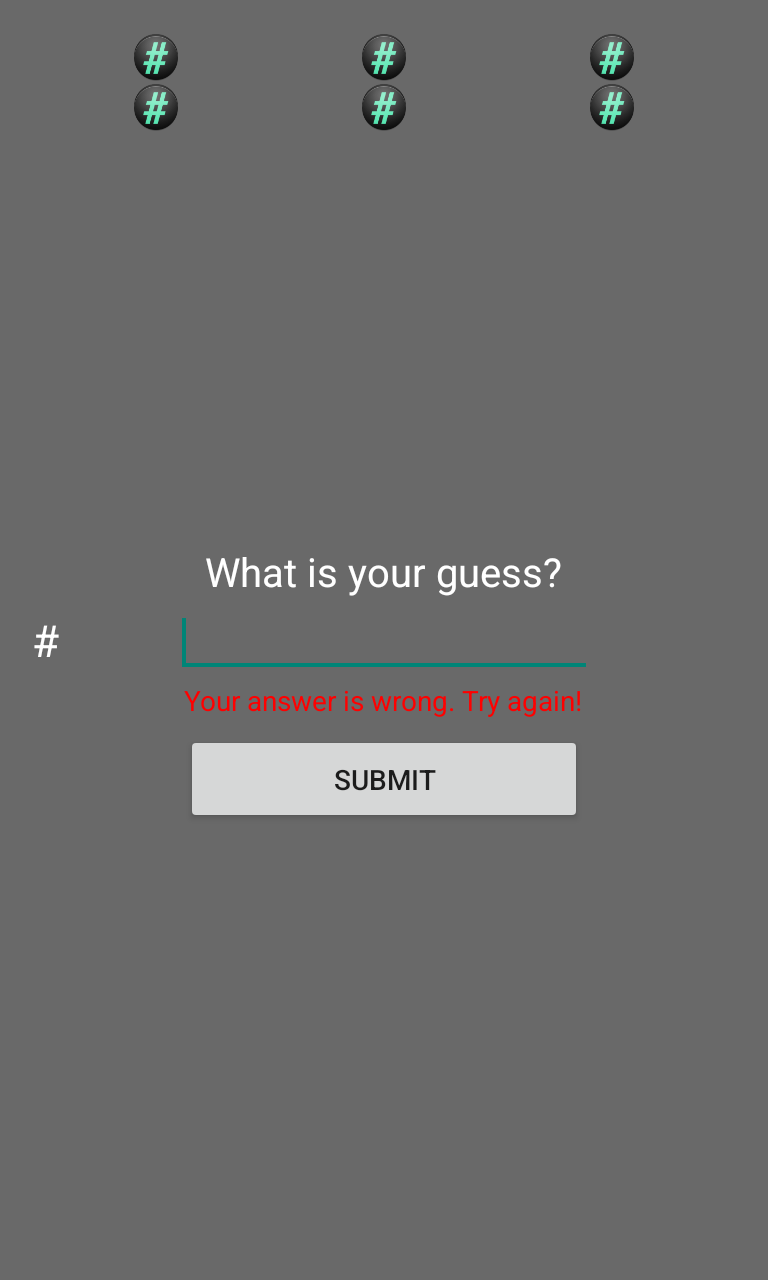
Repository: Hannanina/GuessTag
Layout: GuessTag/res/layout/activity_guess_tag.xml
The author's editor kept a copy of each file at every save. The layout is drawn from the files as they stood at one save, then again after the next save.
It is drawn on a 768 x 1280 px phone screen (xhdpi) without system bars, with theme AppTheme; the app's code is not run.

Above is the layout before, as saved 2014-12-17 10:33:09.

After the next save:
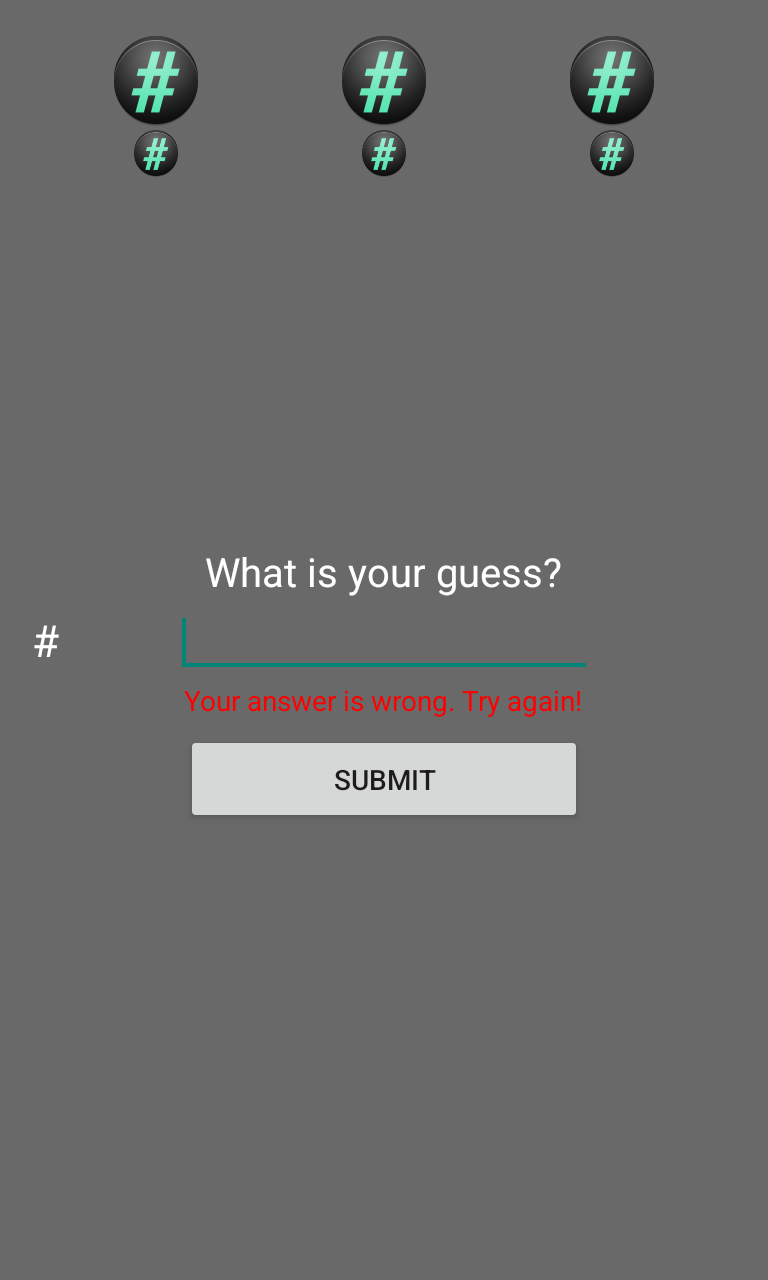
Saved 42 s later.
--- a/GuessTag/res/layout/activity_guess_tag.xml
+++ b/GuessTag/res/layout/activity_guess_tag.xml
@@ -13,7 +13,7 @@
    <LinearLayout
        android:id="@+id/top_image_container"
        android:layout_width="fill_parent"
-       android:layout_height="25dp"
+       android:layout_height="wrap_content"
        android:paddingLeft="5dp"
        android:paddingRight="5dp" >
    		<ImageView
